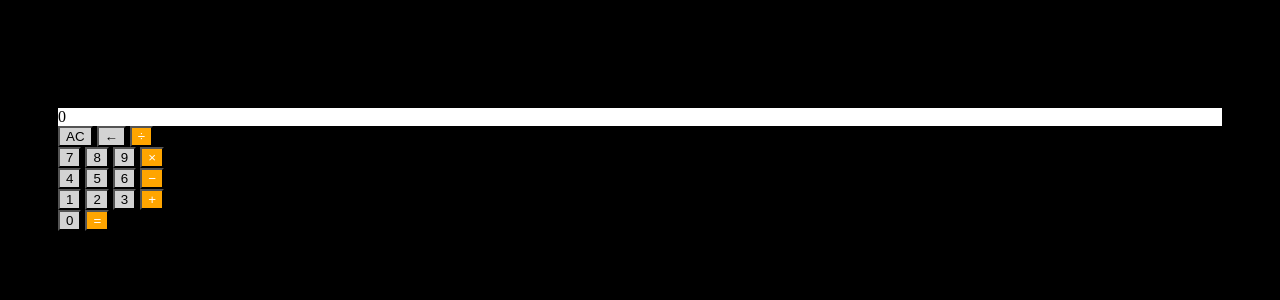
Repository: KaylaDamons/LAB-calculator
Page: index.html
The author's editor kept a copy of each file at every save. The page is drawn from the files as they stood at one save, then again after the next save.
The browser window is 1280 px wide. The pictures show the whole page.

Above is the page before, as saved 2024-01-13 18:41:24.

After the next save:
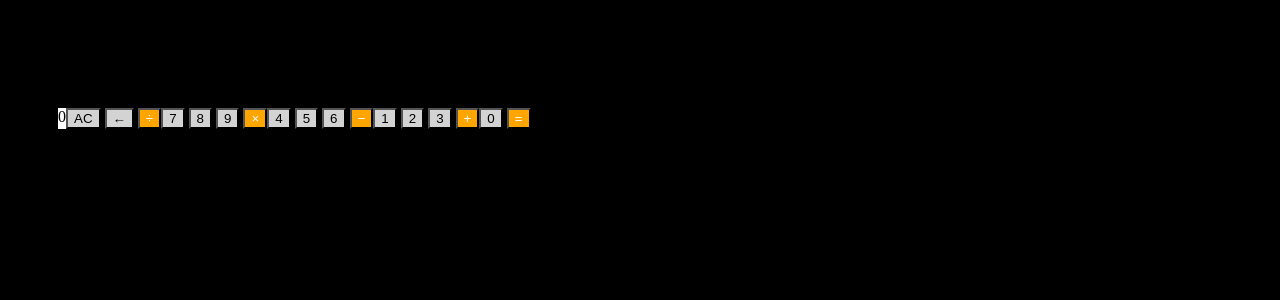
Saved 65 s later.
--- a/main.css
+++ b/main.css
@@ -3,7 +3,7 @@
   background-color:black;
  }
  .wrapper {
-  flex-wrap: wrap;
+  display: flex;
   padding-top: 100px;
   padding-bottom: 100px;
   padding-left: 50px;
